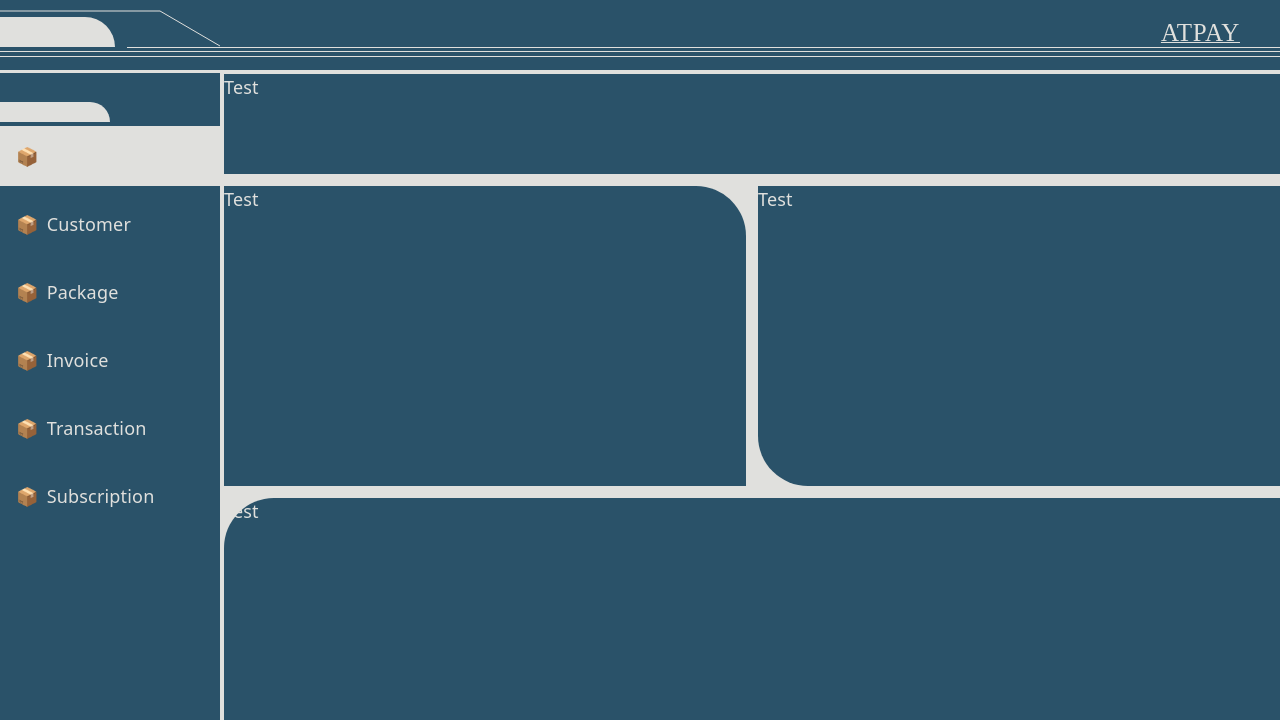
Repository: Farazdaq/stripe-payment-integration
Page: /dashboard (app in stripe-integration-react-dashboard/)
An editor plug-in stored every save of this project. The page is shown before and after the next save, followed by the edit.
The browser window is 1280 px wide. The pictures show the whole page.
An inner scrolling area shows only its first screen. Some web fonts or font styles are not loaded; a fallback is used. The project was rebuilt for these pictures with package versions that can differ from the ones it lists, and the page was loaded fresh each time. Also part of the build but not shown: stripe-integration-react-dashboard/vite.config.ts, stripe-integration-react-dashboard/src/App.css, stripe-integration-react-dashboard/src/features/dashboard/pages/Customer.tsx, stripe-integration-react-dashboard/src/features/dashboard/pages/Package.tsx, stripe-integration-react-dashboard/src/features/dashboard/pages/Invoice.tsx, stripe-integration-react-dashboard/src/features/dashboard/pages/Transaction.tsx, stripe-integration-react-dashboard/src/features/dashboard/pages/Subscription.tsx.

Above is the page before, as saved 2026-05-13 16:21:46.

After the next save:
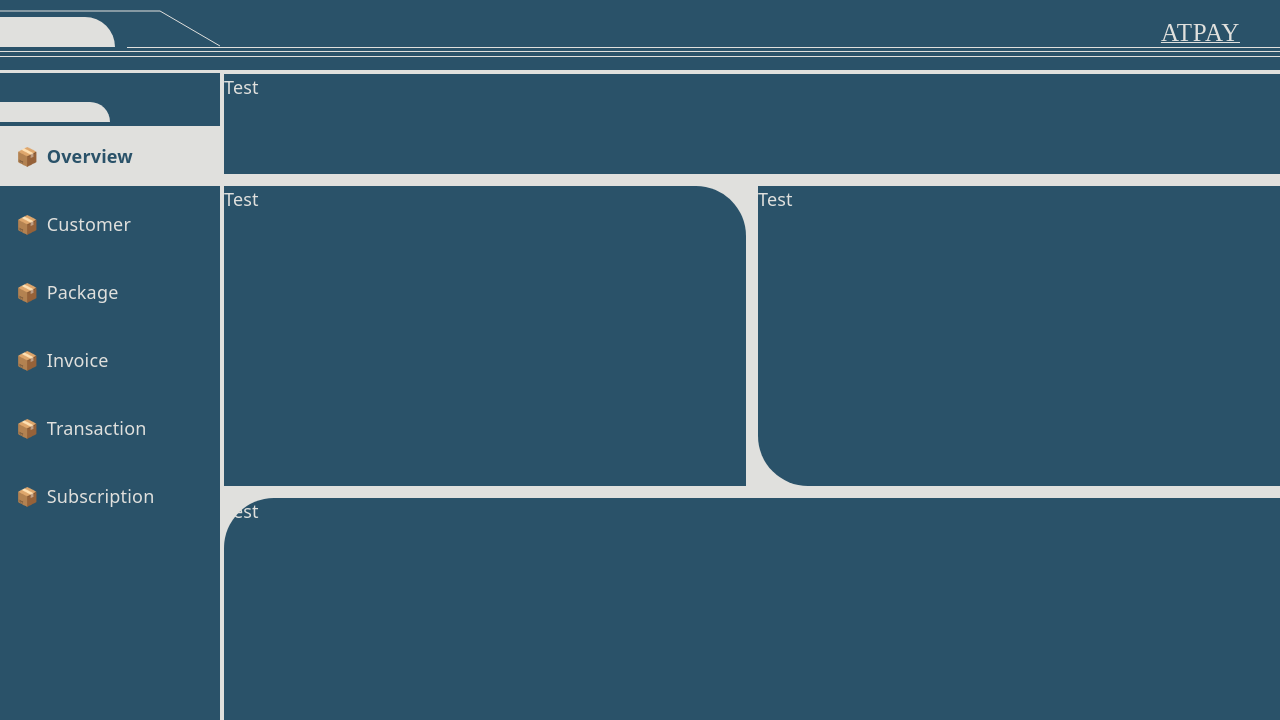
Saved 6 s later.
--- a/stripe-integration-react-dashboard/src/features/dashboard/layout/Sidebar/Sidebar.tsx
+++ b/stripe-integration-react-dashboard/src/features/dashboard/layout/Sidebar/Sidebar.tsx
@@ -39,7 +39,7 @@ export default function Sidebar({ active, setActive }: SidebarProps) {
               style={{
                 background: isActive ? theme.colors.bg : "transparent",
                 color: isActive
-                  ? theme.colors.extSideBarItemSelected
+                  ? theme.colors.textSideBarItemSelected
                   : theme.colors.textSideBarItem,
                 fontWeight: isActive ? "600" : "400",
               }}
